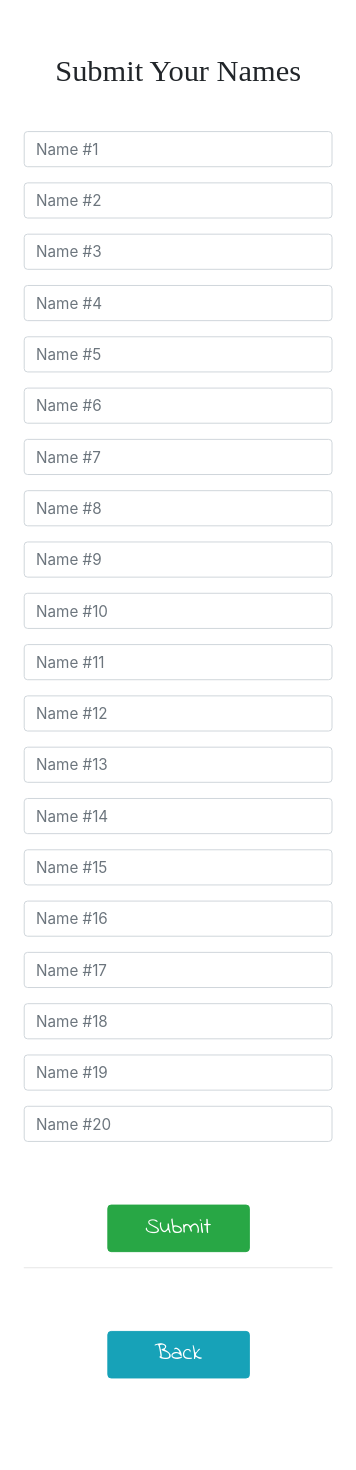
Repository: TaylorD1982/randomizer
Page: submit.html
The author's editor kept a record of every edit. The page is drawn from the files as they stood at one moment, then again after the next edit.
The browser window is 375 px wide. The pictures show the whole page, at 95% of full size.
Some web fonts or font styles are not loaded; a fallback is used. Some web libraries are served in a nearby version.

Above is the page before.
Console error: ReferenceError: emailjs is not defined

### submit.html
<!DOCTYPE html>
<html lang="en">

<head>
    <meta charset="UTF-8">
    <meta name="viewport" content="width=device-width, initial-scale=1.0">
    <meta http-equiv="X-UA-Compatible" content="ie=edge">
    <title>The Names in the Hat Game</title>
    <link rel="icon" href="images/markk.png">
    <link href="https://fonts.googleapis.com/css2?family=Indie+Flower&display=swap" rel="stylesheet">
    <link href="https://fonts.googleapis.com/css2?family=Frijole&display=swap" rel="stylesheet">
    <link rel="stylesheet" href="https://maxcdn.bootstrapcdn.com/bootstrap/4.0.0/css/bootstrap.min.css" integrity="sha384-Gn5384xqQ1aoWXA+058RXPxPg6fy4IWvTNh0E263XmFcJlSAwiGgFAW/dAiS6JXm" crossorigin="anonymous">
    <link rel="stylesheet" href="style.css">

    <!-- EmailJS Javascript -->

    <script type="text/javascript" src="https://cdn.jsdelivr.net/npm/emailjs-com@2.3.2/dist/email.min.js"></script>
    <script type="text/javascript">
        (function() {
            emailjs.init("user_UbfQMZPiQGURDwMtv5SCI");
        })();
    </script>
</head>

<body>
    <div class="container">
        <div class="row app3">
            <div class="col">
                <div>
                    <P class="title">Submit Your Names</P>
                </div>
                <br>
                <form onsubmit="return sendMail(this);">
                    <div class="form-group">
                        <input type="text" name="name1" class="form-control" id="fullname" placeholder="Name #1" />
                    </div>
                    <div class="form-group">
                        <input type="text" name="name2" class="form-control" id="fullname" placeholder="Name #2" />
                    </div>
                    <div class="form-group">
                        <input type="text" name="name3" class="form-control" id="fullname" placeholder="Name #3" />
                    </div>
                    <div class="form-group">
                        <input type="text" name="name4" class="form-control" id="fullname" placeholder="Name #4" />
                    </div>
                    <div class="form-group">
                        <input type="text" name="name5" class="form-control" id="fullname" placeholder="Name #5" />
                    </div>
                    <div class="form-group">
                        <input type="text" name="name6" class="form-control" id="fullname" placeholder="Name #6" />
                    </div>
                    <div class="form-group">
                        <input type="text" name="name7" class="form-control" id="fullname" placeholder="Name #7" />
                    </div>
                    <div class="form-group">
                        <input type="text" name="name8" class="form-control" id="fullname" placeholder="Name #8" />
                    </div>
                    <div class="form-group">
                        <input type="text" name="name9" class="form-control" id="fullname" placeholder="Name #9" />
                    </div>
                    <div class="form-group">
                        <input type="text" name="name10" class="form-control" id="fullname" placeholder="Name #10" />
                    </div>
                    <div class="form-group">
                        <input type="text" name="name11" class="form-control" id="fullname" placeholder="Name #11" />
                    </div>
                    <div class="form-group">
                        <input type="text" name="name12" class="form-control" id="fullname" placeholder="Name #12" />
                    </div>
                    <div class="form-group">
                        <input type="text" name="name13" class="form-control" id="fullname" placeholder="Name #13" />
                    </div>
                    <div class="form-group">
                        <input type="text" name="name14" class="form-control" id="fullname" placeholder="Name #14" />
                    </div>
                    <div class="form-group">
                        <input type="text" name="name15" class="form-control" id="fullname" placeholder="Name #15" />
                    </div>
                    <div class="form-group">
                        <input type="text" name="name16" class="form-control" id="fullname" placeholder="Name #16" />
                    </div>
                    <div class="form-group">
                        <input type="text" name="name17" class="form-control" id="fullname" placeholder="Name #17" />
                    </div>
                    <div class="form-group">
                        <input type="text" name="name18" class="form-control" id="fullname" placeholder="Name #18" />
                    </div>
                    <div class="form-group">
                        <input type="text" name="name19" class="form-control" id="fullname" placeholder="Name #19" />
                    </div>
                    <div class="form-group">
                        <input type="text" name="name20" class="form-control" id="fullname" placeholder="Name #20" />
                    </div>
                    <button type="submit" class="btn btn-success">Submit</button>
                    <hr>
                    <a href="index.html" class="btn btn-info">
                      Back
                    </a>
                    <br>
                    <br>
                    <br>
                    <br>
                    <br>
                </form>
            </div>
        </div>
    </div>
</body>

<script type="text/javascript">
    function sendMail(contactForm) {
        emailjs.send("gmail_new", "football_site", {
                "from_name1": contactForm.name1.value,
                "from_name2": contactForm.name2.value,
                "from_name3": contactForm.name3.value,
                "from_name4": contactForm.name4.value,
                "from_name5": contactForm.name5.value,
                "from_name6": contactForm.name6.value,
                "from_name7": contactForm.name7.value,
                "from_name8": contactForm.name8.value,
                "from_name9": contactForm.name9.value,
                "from_name10": contactForm.name10.value,
                "from_name11": contactForm.name11.value,
                "from_name12": contactForm.name12.value,
                "from_name13": contactForm.name13.value,
                "from_name14": contactForm.name14.value,
                "from_name15": contactForm.name15.value,
                "from_name16": contactForm.name16.value,
                "from_name17": contactForm.name17.value,
                "from_name18": contactForm.name18.value,
                "from_name19": contactForm.name19.value,
                "from_name20": contactForm.name20.value,
            })
            .then(
                function(response) {
                    alert("Your email has been sent", response);
                    window.location.href = "https://taylord1982.github.io/randomizer/";
                },
                function(error) {
                    alert("Your email was not sent. Please try again later", error);
                    window.location.href = "https://taylord1982.github.io/randomizer/";
                }
            );
        return false;
    }
</script>

<script src="https://code.jquery.com/jquery-3.2.1.slim.min.js" integrity="sha384-KJ3o2DKtIkvYIK3UENzmM7KCkRr/rE9/Qpg6aAZGJwFDMVNA/GpGFF93hXpG5KkN" crossorigin="anonymous"></script>
<script src="https://cdnjs.cloudflare.com/ajax/libs/popper.js/1.12.9/umd/popper.min.js" integrity="sha384-ApNbgh9B+Y1QKtv3Rn7W3mgPxhU9K/ScQsAP7hUibX39j7fakFPskvXusvfa0b4Q" crossorigin="anonymous"></script>
<script src="https://maxcdn.bootstrapcdn.com/bootstrap/4.0.0/js/bootstrap.min.js" integrity="sha384-JZR6Spejh4U02d8jOt6vLEHfe/JQGiRRSQQxSfFWpi1MquVdAyjUar5+76PVCmYl" crossorigin="anonymous"></script>

</html>

### style.css
.app {
    padding-top: 50px;
    text-align: center;
}

.app2 {
    padding-top: 50px;
    text-align: center;
    padding-left: 100px;
    padding-right: 100px;
}

.result {
    padding-top: 50px;
    font-family: 'Indie Flower', cursive;
    font-size: 5em;
}

.btn {
    width: 150px;
    font-family: 'Indie Flower', cursive;
    font-size: 1.5em;
    margin-top: 50px;
}

.title {
    font-family: 'Frijole', cursive;
    font-size: 3.5em;
}

@media only screen and (max-width: 600px) {
.title {
    font-size: 2em;
}}

@media only screen and (max-width: 600px) {
.result {
    font-size: 3em;
}}

.lock {
    font-family: 'Frijole', cursive;
    font-size: 1.8em;
}

@media only screen and (max-width: 600px) {
.lock {
    font-family: 'Frijole', cursive;
    font-size: 1.2em;
}}

@media only screen and (max-width: 600px) {
.app3 {
    padding-top: 50px;
    text-align: center;
    padding-left: 10px;
    padding-right: 10px;
}}

After the next edit:
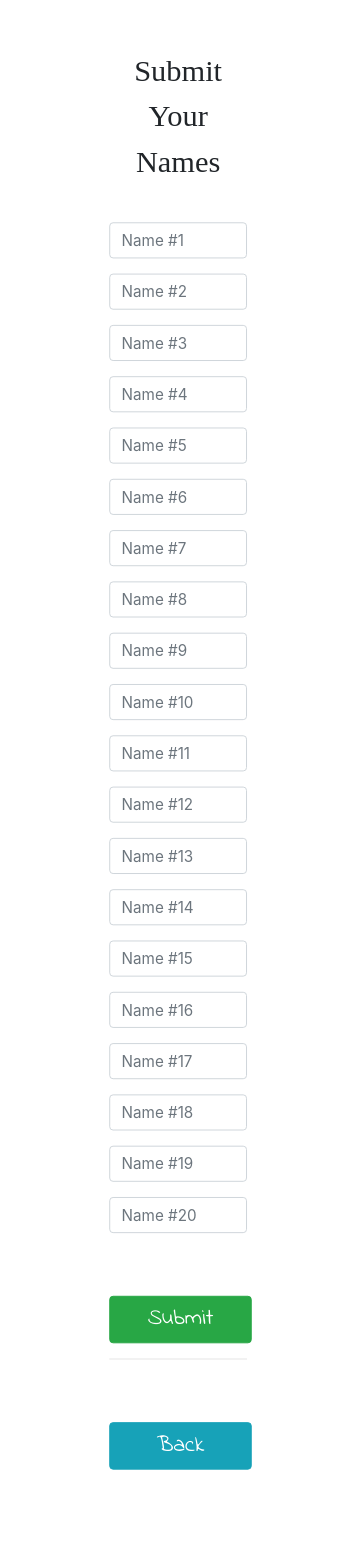
The edit:
--- a/style.css
+++ b/style.css
@@ -56,3 +56,11 @@
     padding-left: 10px;
     padding-right: 10px;
 }}
+
+@media only screen and (max-width: 600px) {
+.app3 {
+    padding-top: 50px;
+    text-align: center;
+    padding-left: 100px;
+    padding-right: 100px;
+}}
